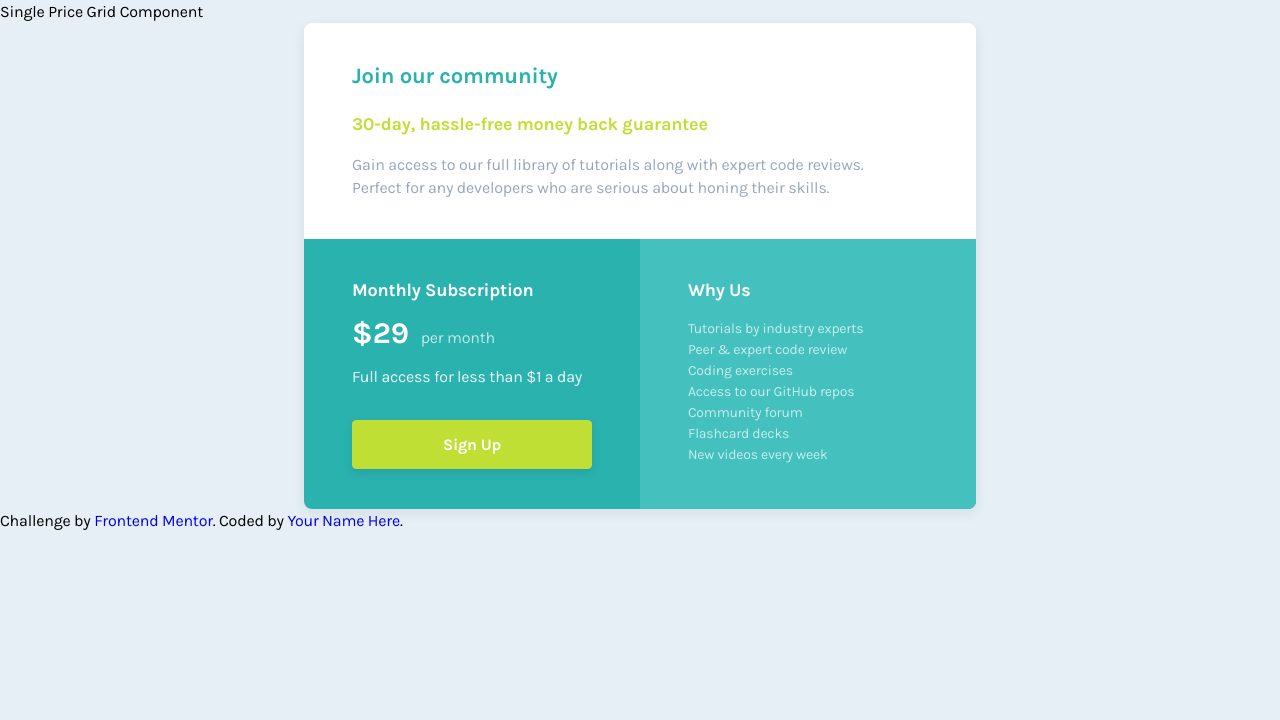
Repository: bangjuyoung/bangjuyoung
Page: practice/frontend-mentor/single-price-grid-component/index.html
These files come from the project's save history. The page is drawn as it stood at one moment and after the next save; the edit follows.
The browser window is 1280 px wide. The pictures show the whole page.

Above is the page before, as saved 2019-06-16 15:32:31.

After the next save:
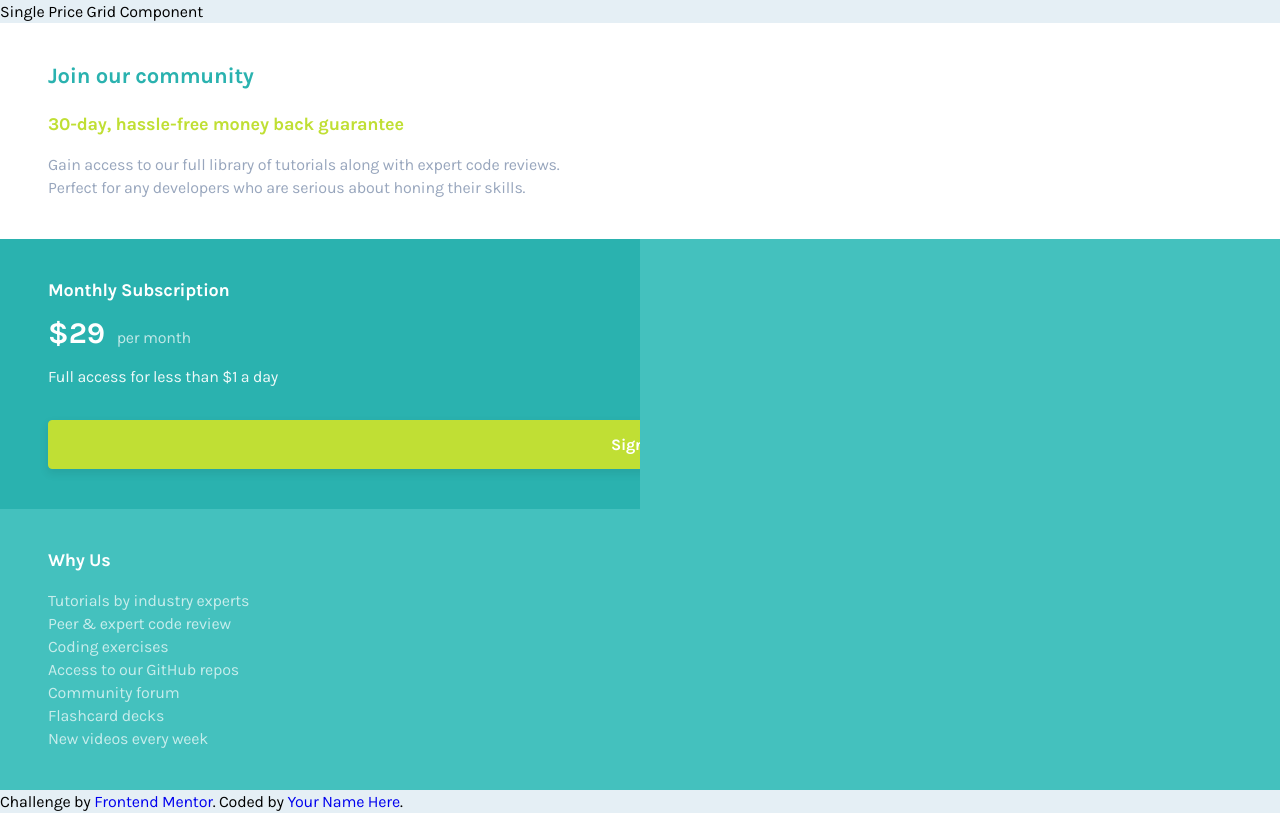
Saved 19 min 40 s later.
--- a/practice/frontend-mentor/single-price-grid-component/index.html
+++ b/practice/frontend-mentor/single-price-grid-component/index.html
@@ -15,46 +15,40 @@
   <main role="main" class="">
     <h1>Single Price Grid Component</h1>
 
-    <article class="single-price__wrapper">
+    <article class="bg-white single-price">
 
-      <div class="bg-white single-price__primary">
-        <section class="text-primary--gray single-price single-price1">
-          <div class="single-price__body">
-            <h2 class="text-primary single-price__title">Join our community</h2>
-            <h3 class="text-secondary single-price__subtitle">30-day, hassle-free money back guarantee</h3>
-            <p>Gain access to our full library of tutorials along with expert code reviews.</p>
-            <p>Perfect for any developers who are serious about honing their skills.</p>
-          </div>
+      <div class="text-primary--gray single-price__primary">
+        <section class="single-price__body single-price1">
+          <h2 class="text-primary single-price__title">Join our community</h2>
+          <h3 class="text-secondary single-price__subtitle">30-day, hassle-free money back guarantee</h3>
+          <p>Gain access to our full library of tutorials along with expert code reviews.</p>
+          <p>Perfect for any developers who are serious about honing their skills.</p>
         </section>
       </div>
 
       <div class="theme-primary single-price__secondary">
-        <section class="single-price single-price2">
-          <div class="single-price__body">
-            <h3 class="text-white single-price__subtitle">Monthly Subscription</h3>
-            <div class="single-price__divider">
-              <p class="text-light single-price__text">
-                <strong class="text-white single-price__display1">&dollar;29</strong> per month
-              </p>
-              <p class="single-price__text">Full access for less than &dollar;1 a day</p>
-            </div>
-            <a href="/" class="btn btn-secondary btn-block btn--float">Sign Up</a>
+        <section class="single-price__body single-price2">
+          <h3 class="text-white single-price__subtitle">Monthly Subscription</h3>
+          <div class="single-price__divider">
+            <p class="text-light single-price__text">
+              <strong class="text-white single-price__display1">&dollar;29</strong> per month
+            </p>
+            <p class="single-price__text">Full access for less than &dollar;1 a day</p>
           </div>
+          <a href="/" class="btn btn-secondary btn-block btn--float">Sign Up</a>
         </section>
 
-        <section class="theme-primary--light single-price single-price3">
-          <div class="single-price__body single-price__body2">
-            <h4 class="text-white single-price__subtitle">Why Us</h4>
-            <p>
-              Tutorials by industry experts<span class="newline"></span>
-              Peer &amp; expert code review<span class="newline"></span>
-              Coding exercises<span class="newline"></span>
-              Access to our GitHub repos<span class="newline"></span>
-              Community forum<span class="newline"></span>
-              Flashcard decks<span class="newline"></span>
-              New videos every week
-            </p>
-          </div>
+        <section class="theme-primary--light single-price__body text-body2 single-price3">
+          <h4 class="text-white single-price__subtitle">Why Us</h4>
+          <p>
+            Tutorials by industry experts<span class="newline"></span>
+            Peer &amp; expert code review<span class="newline"></span>
+            Coding exercises<span class="newline"></span>
+            Access to our GitHub repos<span class="newline"></span>
+            Community forum<span class="newline"></span>
+            Flashcard decks<span class="newline"></span>
+            New videos every week
+          </p>
         </section>
       </div>
 
